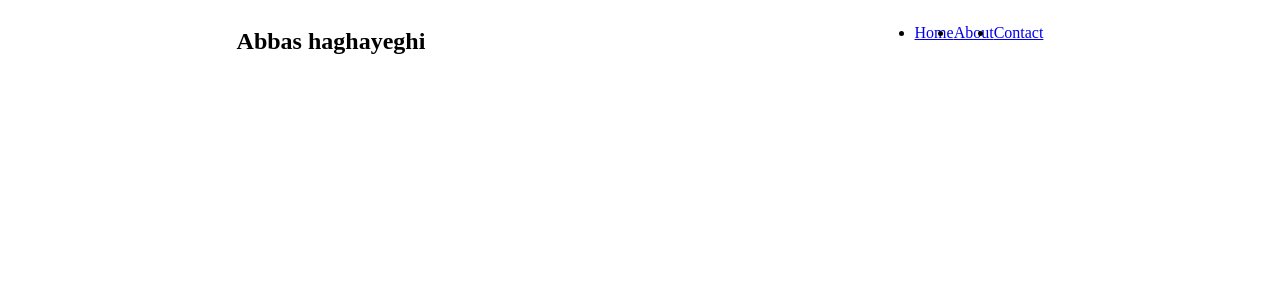
Repository: SMohammadH/react-typescript-tailwind
Page: /
An editor plug-in stored every save of this project. The page is shown before and after the next save, followed by the edit.
The browser window is 1280 px wide. The pictures show the whole page.
The project was rebuilt for these pictures with package versions that can differ from the ones it lists, and the page was loaded fresh each time. Also part of the build but not shown: craco.config.js, src/index.css.

Above is the page before, as saved 2021-02-05 09:19:15.

After the next save:
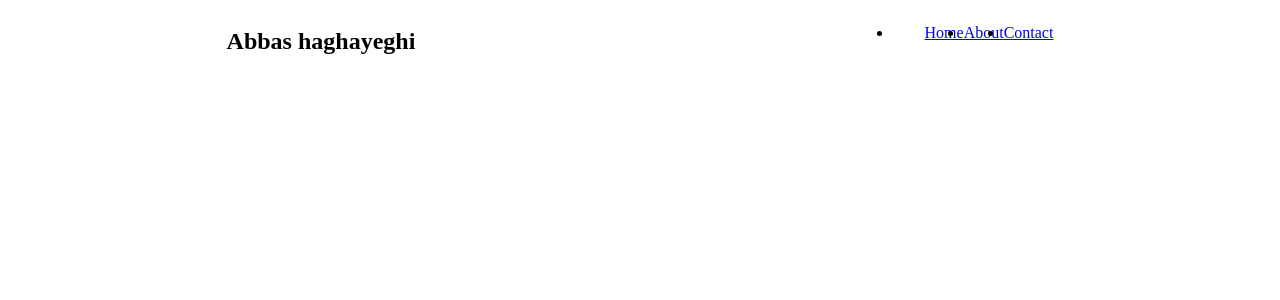
Saved 24 s later.
--- a/src/App.css
+++ b/src/App.css
@@ -9,5 +9,8 @@
 
 .abbas2 {
   display: flex;
+}
+
+.abbas3 {
   padding-left: 2rem;
 }
